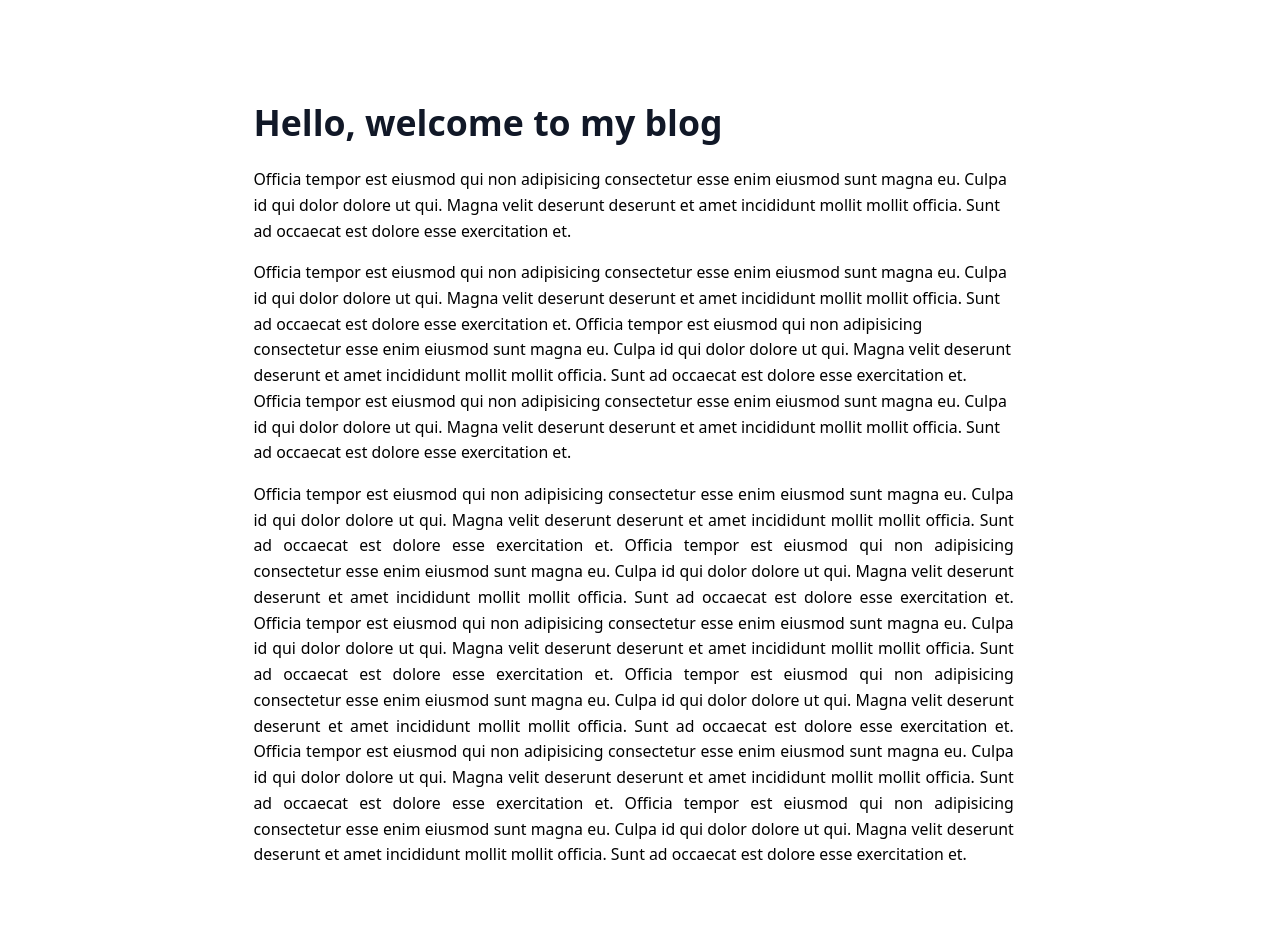
Repository: ymw0331/blog-mern-webapp
Page: / (app in client/)
The author's editor kept a copy of each file at every save. The page is drawn from the files as they stood at one save, then again after a run of saves.
The browser window is 1280 px wide. The pictures show the whole page, at 99% of full size.
The project was rebuilt for these pictures with package versions that can differ from the ones it lists, and the page was loaded fresh each time.

Above is the page before, as saved 2022-12-10 19:31:40.

### client/src/App.js
import Home from './pages/Home';

function App() {
  return (
    <div className='max-w-screen-md mx-auto pt-20'>
      <Home />
    </div>
  );
}

export default App;

### client/src/pages/Home.js
import React from 'react';

const Home = () => {
  return (
    <div className='mb-20'>
      <h1 className='sm:text-4xl text-2xl font-bold my-6 text-gray-900'>
        Hello, welcome to my blog
      </h1>
      <p className='mx-auto leading-relaxed text-base mb-4'>
        Officia tempor est eiusmod qui non adipisicing consectetur esse enim
        eiusmod sunt magna eu. Culpa id qui dolor dolore ut qui. Magna velit
        deserunt deserunt et amet incididunt mollit mollit officia. Sunt ad
        occaecat est dolore esse exercitation et.
      </p>
      <p className='mx-auto leading-relaxed text-base mb-4'>
        Officia tempor est eiusmod qui non adipisicing consectetur esse enim
        eiusmod sunt magna eu. Culpa id qui dolor dolore ut qui. Magna velit
        deserunt deserunt et amet incididunt mollit mollit officia. Sunt ad
        occaecat est dolore esse exercitation et. Officia tempor est eiusmod qui
        non adipisicing consectetur esse enim eiusmod sunt magna eu. Culpa id
        qui dolor dolore ut qui. Magna velit deserunt deserunt et amet
        incididunt mollit mollit officia. Sunt ad occaecat est dolore esse
        exercitation et. Officia tempor est eiusmod qui non adipisicing
        consectetur esse enim eiusmod sunt magna eu. Culpa id qui dolor dolore
        ut qui. Magna velit deserunt deserunt et amet incididunt mollit mollit
        officia. Sunt ad occaecat est dolore esse exercitation et.
      </p>
      <p className='mx-auto leading-relaxed text-base mb-4 text-justify'>
        Officia tempor est eiusmod qui non adipisicing consectetur esse enim
        eiusmod sunt magna eu. Culpa id qui dolor dolore ut qui. Magna velit
        deserunt deserunt et amet incididunt mollit mollit officia. Sunt ad
        occaecat est dolore esse exercitation et. Officia tempor est eiusmod qui
        non adipisicing consectetur esse enim eiusmod sunt magna eu. Culpa id
        qui dolor dolore ut qui. Magna velit deserunt deserunt et amet
        incididunt mollit mollit officia. Sunt ad occaecat est dolore esse
        exercitation et. Officia tempor est eiusmod qui non adipisicing
        consectetur esse enim eiusmod sunt magna eu. Culpa id qui dolor dolore
        ut qui. Magna velit deserunt deserunt et amet incididunt mollit mollit
        officia. Sunt ad occaecat est dolore esse exercitation et. Officia
        tempor est eiusmod qui non adipisicing consectetur esse enim eiusmod
        sunt magna eu. Culpa id qui dolor dolore ut qui. Magna velit deserunt
        deserunt et amet incididunt mollit mollit officia. Sunt ad occaecat est
        dolore esse exercitation et. Officia tempor est eiusmod qui non
        adipisicing consectetur esse enim eiusmod sunt magna eu. Culpa id qui
        dolor dolore ut qui. Magna velit deserunt deserunt et amet incididunt
        mollit mollit officia. Sunt ad occaecat est dolore esse exercitation et.
        Officia tempor est eiusmod qui non adipisicing consectetur esse enim
        eiusmod sunt magna eu. Culpa id qui dolor dolore ut qui. Magna velit
        deserunt deserunt et amet incididunt mollit mollit officia. Sunt ad
        occaecat est dolore esse exercitation et.
      </p>
    </div>
  );
};

export default Home;

Loaded but not shown: client/public/index.html (common file); client/src/index.js (common file); client/src/index.css (common file); client/src/reportWebVitals.js (common file); client/tailwind.config.js (common file)

After the next 2 saves:
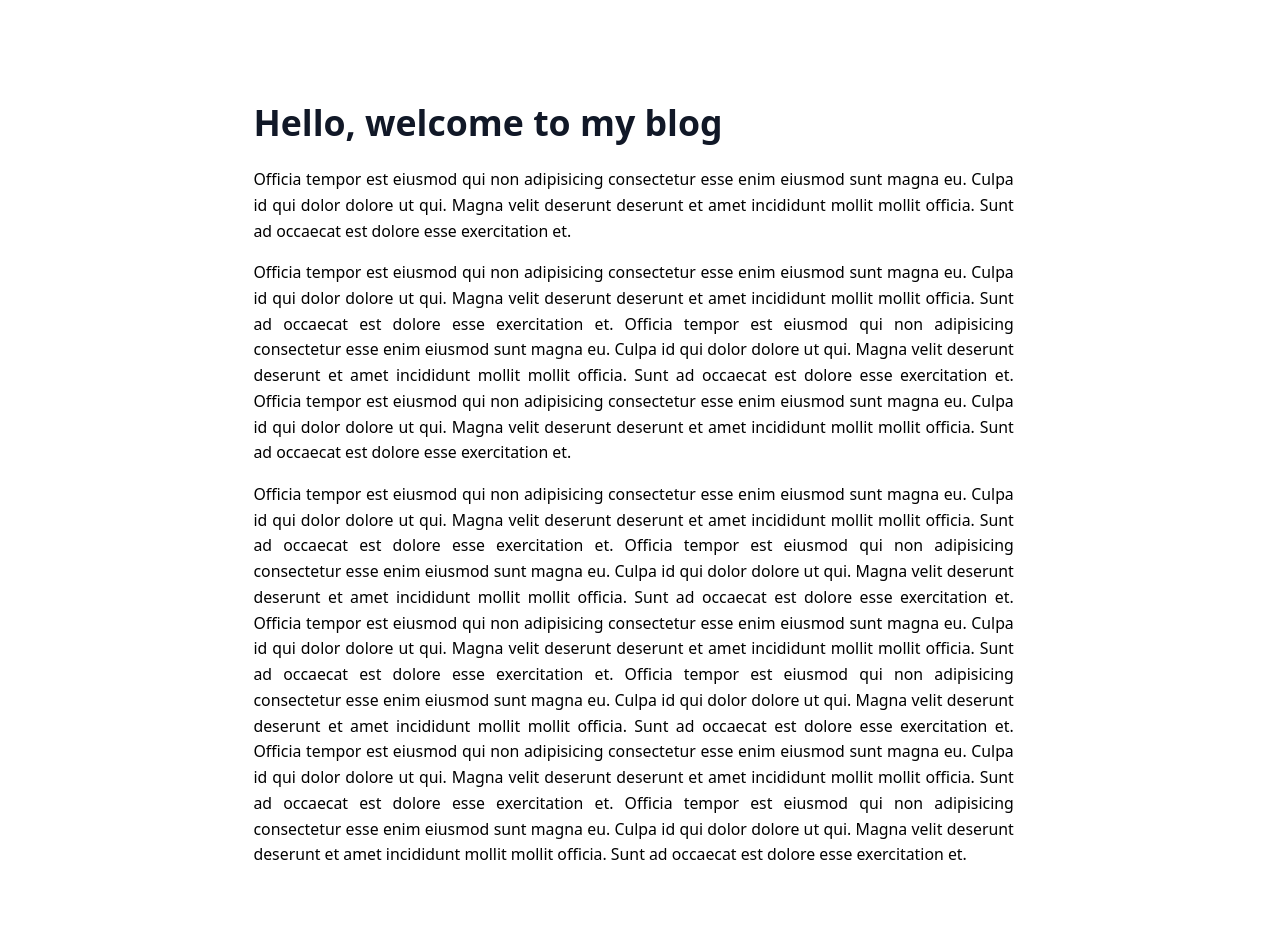
The 2 saves are shown as one change because they came seconds apart.
The last was saved 9 s later.
--- a/client/src/pages/Home.js
+++ b/client/src/pages/Home.js
@@ -6,13 +6,13 @@ const Home = () => {
       <h1 className='sm:text-4xl text-2xl font-bold my-6 text-gray-900'>
         Hello, welcome to my blog
       </h1>
-      <p className='mx-auto leading-relaxed text-base mb-4'>
+      <p className='mx-auto leading-relaxed text-base mb-4 text-justify'>
         Officia tempor est eiusmod qui non adipisicing consectetur esse enim
         eiusmod sunt magna eu. Culpa id qui dolor dolore ut qui. Magna velit
         deserunt deserunt et amet incididunt mollit mollit officia. Sunt ad
         occaecat est dolore esse exercitation et.
       </p>
-      <p className='mx-auto leading-relaxed text-base mb-4'>
+      <p className='mx-auto leading-relaxed text-base mb-4 text-justify'>
         Officia tempor est eiusmod qui non adipisicing consectetur esse enim
         eiusmod sunt magna eu. Culpa id qui dolor dolore ut qui. Magna velit
         deserunt deserunt et amet incididunt mollit mollit officia. Sunt ad
